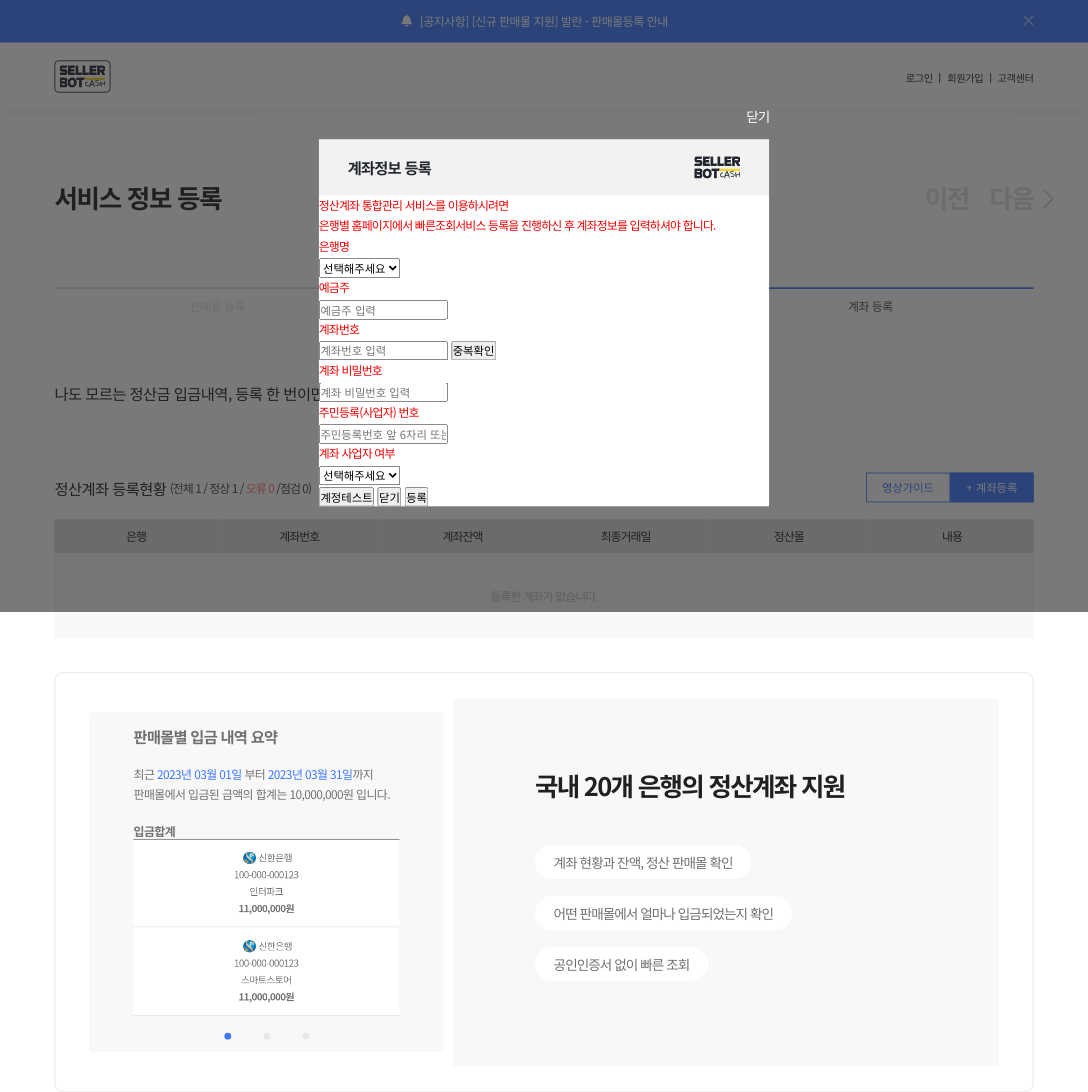
Repository: elemapfelr/ownServer
Page: test-server/web/sellerbot_signup/step_07.html
An editor plug-in stored every save of this project. The page is shown before and after the next save, followed by the edit.
The browser window is 1280 px wide. The pictures show the whole page, at 85% of full size.
After loading, the first visible `#regAcc` was clicked once.
Some web libraries are served in a nearby version. The style sheet was rebuilt from its Sass, Less or Tailwind sources for each picture, by a compiler version that may differ from the author's.

Above is the page before, as saved 2023-03-15 10:56:45.

### test-server/web/sellerbot_signup/step_07.html
<!DOCTYPE html>
<html lang="ko">

<head>
	<meta charset="UTF-8">
	<meta http-equiv="X-UA-Compatible" content="IE=edge">
	<meta name="viewport" content="width=device-width, initial-scale=1.0">
	<title>셀러봇캐시 회원가입</title>
	<link rel="stylesheet" href="./css/step_07.css">
	<script type="module" src="./js/step_07.js" defer></script>
	<script src="https://kit.fontawesome.com/133e10f389.js" crossorigin="anonymous"></script>
</head>

<body>
	<header>
		<div class="top">
			<div class="notification">
				<div class="text">
					<i class="fa-solid fa-bell"></i>
					<p>[공지사항] [신규 판매몰 지원] 발란 - 판매몰등록 안내</p>
				</div>
				<button><img src="./img/xmark.svg" alt="xmark"></button>
			</div>
		</div>
		<div class="bottom">
			<div class="logo"><img src="./img/sellerbotLogo.svg" alt="sellerbot"></div>
			<div class="right">
				<button>로그인</button>
				<span></span>
				<button>회원가입</button>
				<span></span>
				<button>고객센터</button>
			</div>
		</div>
	</header>
	<main>
		<section>
			<button class="fixed2" id="prevStep">
				<span>이전</span>
			</button>
			<button class="fixed" id="nextStep">
				<span>다음</span>
				<img src="./img/rightArrow.svg" />
			</button>
			<article id="top">
				<div class="title">
					<h1>서비스 정보 등록</h1>
				</div>
				<div class="processBar">
					<div class="first step">
						<span class="line"></span>
						<p>판매몰 등록</p>
					</div>
					<div class="second step">
						<span class="line"></span>
						<p>결제수단 등록</p>
					</div>
					<div class="third step active">
						<span class="line"></span>
						<p>계좌 등록</p>
					</div>
				</div>
			</article>
			<article id="accountReg">
				<p class="topText">나도 모르는 정산금 입금내역, 등록 한 번이면 쉽고 빠르게 볼 수 있습니다.</p>
				<div class="tableTop">
					<div class="left">
						<p>정산계좌 등록현황</p>
						<span>(<b>전체 1</b> / <b>정상 1</b> / <b class="err">오류 0</b> /<b>점검 0</b>)</span>
					</div>
					<div class="right">
						<button class="blue_outline" id="vidGuide">영상가이드</button>
						<button class="blue" id="regAcc">+ 계좌등록</button>
					</div>
				</div>
				<table id="accountList">
					<thead>
						<tr>
							<td>은행</td>
							<td>계좌번호</td>
							<td>계좌잔액</td>
							<td>최종거래일</td>
							<td>정산몰</td>
							<td>내용</td>
						</tr>
					</thead>
					<tbody>
						<tr class="noData">
							<td colspan="6">등록한 계좌가 없습니다.</td>
						</tr>
					</tbody>
				</table>
			</article>
			<article id="extraInfo">
				<div class="left">
					<div class="content">
						<h4>판매몰별 입금 내역 요약</h4>
						<p>최근 <b>2023년 03월 01일</b> 부터 <b>2023년 03월 31일</b>까지<br>
							판매몰에서 입금된 금액의 합계는 10,000,000원 입니다.</p>
						<h5>입금합계</h5>
						<img src="./img/step_07_img_01.png" alt="summary">
						<ul class="bottomUl">
							<li class="active"></li>
							<li></li>
							<li></li>
						</ul>
					</div>
				</div>
				<div class="right">
					<div class="content">
						<h3>국내 20개 은행의 정산계좌 지원</h3>
						<p>계좌 현황과 잔액, 정산 판매몰 확인</p>
						<p>어떤 판매몰에서 얼마나 입금되었는지 확인</p>
						<p>공인인증서 없이 빠른 조회</p>
					</div>
				</div>
			</article>
		</section>
	</main>
</body>

</html>

### test-server/web/sellerbot_signup/js/step_07.js
import modalShow from './import/modalShow.js';

document.querySelector('#prevStep').addEventListener('click', () => {
	location.href = './step_06.html';
});

document.querySelector('#regAcc').addEventListener('click', () => {
	let popupHtml = `
    <div class="head">
		<h5>계좌정보 등록</h5>
		<img src="./img/sellerbotLogo.svg" alt="sellerbot cash">
	</div>
	<div class="body">
		<p>정산계좌 통합관리 서비스를 이용하시려면</p>
		<p class="red">은행별 홈페이지에서 빠른조회서비스 등록을 진행하신 후 계좌정보를 입력하셔야 합니다.</p>
        <form action="action.do">
			<p>은행명</p>
			<div class="row">
				<select id="bankName">
					<option value="" selected>선택해주세요</option>
					<option value="신한">신한은행</option>
					<option value="국민">국민은행</option>
					<option value="농협">농협은행</option>
				</select>
			</div>
			<p>예금주</p>
			<div class="row">
				<input type="text" id="accUser" placeholder="예금주 입력">
			</div>
			<p>계좌번호</p>
			<div class="flexRow">
				<input type="text" id="accNum" class="onlyNumber" placeholder="계좌번호 입력">
				<button id="confirmAccNum">중복확인</button>
			</div>
			<p>계좌 비밀번호</p>
			<div class="row">
				<input type="text" id="accPw" class="onlyNumber" placeholder="계좌 비밀번호 입력">
			</div>
			<p>주민등록(사업자) 번호</p>
			<div class="row">
				<input type="text" id="bizNum" class="onlyNumber" placeholder="주민등록번호 앞 6자리 또는 사업자번호 10자리 입력">
			</div>
			<p>계좌 사업자 여부</p>
			<div class="row">
				<select id="accBizUserYN">
					<option value="" selected>선택해주세요</option>
				</select>
			</div>
		</form>
		<div class="bottomDiv">
			<button id="accTest" class="gray">계정테스트</button>
			<button id="closeModal" class="blue_outline">닫기</button>
			<button id="submit" class="blue">등록</button>
		</div>
	</div>`;
	modalShow({
		id: 'modal_01',
		content: popupHtml,
		function: () => {},
	});
});

### test-server/web/sellerbot_signup/js/import/modalShow.js
import createElement from './createElement.js';

function modalShow(option = { id: '', content: '', btns: [], function: null }) {
	document.querySelector('body').style.overflow = 'hidden';

	const modal = createElement('div', { className: 'modal', id: option['id'] });
	const layerPopup = createElement('div', {
		className: 'layerPopup',
	});
	const popupHead = createElement('div', {
		className: 'popupHead',
	});
	const cancelModal = createElement('button', {
		id: 'cancelModal',
		innerHTML: '<span>닫기</span>',
	});
	popupHead.append(cancelModal);

	const popupBody = createElement('div', {
		className: 'popupBody',
		innerHTML: option['content'] ?? null,
	});
	const btnBox = createElement('div', { className: 'btnBox' });
	layerPopup.append(popupHead, popupBody, btnBox);
	modal.append(layerPopup);

	cancelModal.addEventListener('click', () => {
		document.querySelector('body').style.overflow = '';
		modal.remove();
	});

	option.btns?.map((btn) => {
		let button = document.createElement('button');
		btn.callback
			? button.addEventListener('click', () => {
					btn.callback();
					btn.cancelModal
						? (() => {
								document.querySelector('body').style.overflow = '';
								modal.remove();
						  })()
						: null;
			  })
			: null;
		btn.text ? (button.innerHTML = btn.text) : '';
		btnBox.append(button);
	});

	document.querySelector('body').append(modal);

	option.function ? option.function() : null;
}

export default modalShow;

### test-server/web/sellerbot_signup/js/import/createElement.js
/**
 * Creates an element with the given tag and properties
 * @param {string} tag - The tag name of the element
 * @param {Properties} [props={}] - The properties of the element
 * @returns {HTMLElement} - The newly created element
 */
export default function createElement(tag, properties) {
	if (tag == 'toggle') {
		let div = createElement('div', { className: 'toggleSwitch' });
		let input = createElement('input', {
			className: 'toggle',
			id: properties['id'],
			type: 'checkbox',
		});
		let label = createElement('label', {
			htmlFor: properties['id'],
			className: 'check-trail',
		});
		let span = createElement('span', {
			className: 'check-handler',
		});
		label.append(span);
		div.append(input, label);
		return div;
	} else if (tag == 'checkbox') {
		let div = createElement('div', { className: 'checkBoxDiv' });
		let input = createElement('input', {
			className: 'chkBox',
			id: properties['id'],
			type: 'checkbox',
		});
		let label = createElement('label', {
			htmlFor: properties['id'],
			className: 'checkBox',
		});
		div.append(input, label);
		if (properties['innerHTML']) {
			let label = createElement('label', {
				className: 'text',
				innerHTML: properties['innerHTML'],
				htmlFor: properties['id'],
			});
			div.append(label);
		}
		return div;
	} else {
		let element = document.createElement(tag);
		for (let prop in properties) {
			element[prop] = properties[prop];
		}
		return element;
	}
}

// 예시
//   let newDiv = createElement('div', {
//     innerHTML: 'Hello World!',
//     className: 'greeting',
//     style: {
//       backgroundColor: 'lightblue',
//       padding: '10px'
//     }
//   });

//   document.body.appendChild(newDiv);

### test-server/web/sellerbot_signup/css/scss/step_07.scss
@import "./common", "./modal";

article#accountReg{
    margin-top: 80px;

    p.topText{
        font-size: 18px;
        letter-spacing: -0.65px;
        text-align: left;
        color: #202020;
        margin-bottom: 80px;
    }

    .tableTop{
        display: flex;
        align-items: center;
        justify-content: space-between;

        .left{
            display: flex;
            align-items: center;
            p{
                font-size: 18px;
                font-weight: 500;
                letter-spacing: -0.65px;
                text-align: left;
                color: #202020;
            }
            span{
                margin-left: 4px;
                font-size: 14px;
                letter-spacing: -1.12px;
                text-align: left;
                color: #474246;

                b{
                    font-weight: normal;

                    &.err{
                        color: #ff7070;
                    }
                }
            }
        }

        .right{
            display: flex;
            align-items: center;

            button{
                padding: 7px 18px;
                box-sizing: border-box;
                border: 1px solid #3d78ff;
                cursor: pointer;

                &.blue_outline{
                    background-color: #fff;
                    color: #3d78ff;
                }
                &.blue{
                    background-color: #3d78ff;
                    color: white;
                }
            }
        }
    }

    table#accountList{
        width: 100%;
        margin-top: 20px;
        table-layout: fixed;
        border-collapse : collapse;
        border-spacing : 0;

        thead{
            tr{
                td{
                    text-align: center;
                    background-color: #dedede;
                    font-size: 14px;
                    letter-spacing: -1.12px;
                    text-align: center;
                    color: #202020;
                    padding: 10px 0;
                }
            }
        }
        tbody{
            background-color: #f8f8f8;
            tr.noData{
                td{
                    text-align: center;
                    font-size: 14px;
                    letter-spacing: -1.12px;
                    color: #bbb;
                    padding: 40px 0;
                }
            }
        }
    }
}

article#extraInfo{
    border: 1px solid #e3e3e3;
    border-radius: 10px;
    background-color: #fff;
    padding: 30px 40px;
    box-sizing: border-box;
    display: flex;
    align-items: center;
    justify-content: space-between;
    margin-top: 40px;

    .left{
        width: 39%;
        padding: 15px 0;
        background-color: #f8f8f8;

        .content{
            width: 75%;
            margin: 0 auto;
        }
        h4{
            font-size: 18px;
            font-weight: bold;
            letter-spacing: -0.9px;
            text-align: left;
            color: #707070;
            margin-bottom: 20px;
        }
        p{
            font-size: 14px;
            line-height: 1.71;
            letter-spacing: -0.7px;
            text-align: left;
            color: #707070;

            b{
                font-weight: normal;
                color: #3d78ff;
            }
        }
        h5{
            margin-top: 20px;
            font-size: 14px;
            font-weight: bold;
            letter-spacing: -0.7px;
            text-align: left;
            color: #707070;
        }
        img{
            width: 100%;
        }
        ul.bottomUl{
            width: 100px;
            height: auto;
            margin: 0 auto;
            margin-top: 20px;
            display: flex;
            align-items: center;
            justify-content: space-between;

            li{
                width: 8px;
                height: 8px;
                border-radius: 8px;
                background-color: #e8e8e8;

                &.active{
                    background-color: #3d78ff;
                }
            }
        }
    }
    .right{
        width: 60%;
        padding: 80px 0;
        background-color: #f8f8f8;

        .content{
            width: 70%;
            margin: 0 auto;

            h3{
                font-size: 30px;
                letter-spacing: -2px;
                text-align: left;
                color: #202020;
                margin-bottom: 48px;
            }

            p{
                display: inline-block;
                padding: 8px 22px;
                background-color: white;
                border-radius: 20px;
                font-size: 16px;
                font-weight: 500;
                letter-spacing: -1.12px;
                text-align: left;
                color: #707070;
                margin-bottom: 20px;
            }
        }
    }
}

.modal#modal_01{
    .popupBody{
        width: 530px;
        max-height: 80vh;

        .head{
            width: 100%;
            height: auto;
            background-color: #f2f2f2;
            display: flex;
            align-items: center;
            justify-content: space-between;
            padding: 20px 34px;
            box-sizing: border-box;

            h5{
                font-size: 18px;
                font-weight: bold;
                letter-spacing: -0.9px;
                text-align: center;
                color: #22262f;
            }
        }
        .body{
            p{
                font-size: 14px;
  font-weight: normal;
  font-stretch: normal;
  font-style: normal;
  line-height: 1.71;
  letter-spacing: -0.98px;
  text-align: left;
  color: #e00;
            }
        }
    }
}

### test-server/web/sellerbot_signup/css/scss/_common.scss
@charset "utf-8";
@import url('https://fonts.googleapis.com/css2?family=Noto+Sans+KR:wght@100;300;400;500;700;900&display=swap');

$blue: #3d78ff;

* {
	margin: 0;
	padding: 0;
	font-family: 'Noto Sans KR', sans-serif;
}

html {
	font-size: 16px;
	letter-spacing: -0.98px;
}

html,
body {
	width: 100%;
	height: auto;
}

ol,
ul,
li {
	list-style: none;
}

a {
	text-decoration: none;
	color: #000;
}

img {
	border: 0;
	display: block;
}

header,
main,
footer,
nav,
section,
article,
aside {
	display: block;
}


header{
	width: 100%;
	height: 130px;
	box-shadow: 0 3px 6px 0 rgba(190, 190, 190, 0.16);
  	background-color: #fff;

	.top{
		width: 100%;
		height: auto;
		background-color: #3d78ff;
		padding: 14px 0 16px 0;

		.notification{
			width: 90%;
			max-width: 1200px;
			margin: 0 auto;
			display: flex;
			align-items: center;
			justify-content: center;

			.text{
				width: 100%;
				display: flex;
				justify-content: center;
				align-items: center;
				i{
					color: white;
					font-size: 14px;
				}
				p{
					font-size: 14px;
					letter-spacing: -0.53px;
					color: #fff;
					text-align: center;
					margin: 0 10px;
				}
			}

			button{
				float: right;
				border: none;
				background: none;
				outline: none;
				filter: invert(100%);
				cursor: pointer;
			}
		}
	}
	.bottom{
		width: 90%;
		max-width: 1200px;
		margin: 0 auto;
		height: 80px;
		display: flex;
		align-items: center;
		justify-content: space-between;

		.logo{
			padding: 5px;
			border: 1px solid #202020;
			border-radius: 5px;
		}

		.right{
			display: flex;
			align-items: center;

			button{
				font-size: 12px;
				letter-spacing: -0.46px;
				color: #202020;
				border: none;
				background: none;
				outline: none;
				cursor: pointer;
			}

			span{
				width: 1px;
				height: 12px;
				background-color: #202020;
				margin: 0 8px;
				margin-top: 4px;
				display: block;
			}
		}
	}
}

main{
	width: 100%;
	height: auto;

	.fixed2{
		background: none;
		border: none;
		outline: none;
		position: fixed;
		top: 210px;
		right: calc(5% + 100px);
		display: inline-flex;
		align-items: center;
		cursor: pointer;
		z-index: 1000;

		span{
			font-size: 30px;
			font-weight: bold;
			font-stretch: normal;
			font-style: normal;
			letter-spacing: -1.5px;
			text-align: right;
			color: #dedede;
			margin-bottom: 4px;
		}
	}

	.fixed{
		background: none;
		border: none;
		outline: none;
		position: fixed;
		top: 210px;
		right: 5%;
		display: inline-flex;
		align-items: center;
		z-index: 1000;
		cursor: pointer;

		span{
			font-size: 30px;
			font-weight: bold;
			font-stretch: normal;
			font-style: normal;
			letter-spacing: -1.5px;
			text-align: right;
			color: #dedede;
			margin-bottom: 4px;
		}

		img{
			filter: grayscale(100%) brightness(180%);
		}

		&.active{

			span{
				color: #3d78ff;
			}

			img{
				filter: none;
			}
		}
	}

	section{
		margin-top: 80px;

		article{
			width: 90%;
			max-width: 1200px;
			margin: 0 auto;

			input::placeholder{
				font-size: 12px;
				letter-spacing: -0.84px;
				color: #bbb;
			}
		}
	}
}

article#top{
	.title{
		display: flex;
		align-items: center;

		h1{
			font-size: 30px;
			font-weight: bold;
			letter-spacing: -1.5px;
			color: #202020;
			margin-bottom: 4px;
		}

		span{
			font-size: 12px;
			font-weight: 500;
			letter-spacing: -0.6px;
			text-align: center;
			color: #3d78ff;
			padding: 4px 18px 5px 18px;
			border: 1px solid #3d78ff;
			border-radius: 20px;
			margin-left: 4px;
			cursor: pointer;
		}
	}

	.processBar{
		margin-top: 80px;
		display: flex;
		align-items: center;
		justify-content: space-between;

		.step{
			width: 33.3333%;
			span{
				width: 100%;
				display: block;
				height: 2px;
				background-color: #dedede;
			}
			p{
				margin-top: 10px;
				text-align: center;
				font-size: 14px;
				font-weight: 500;
				letter-spacing: -0.5px;
				color: #dedede;
			}

			&.active{
				span{
					background-color: $blue;
				}
				p{
					color: #505050;
				}
			}
		}
	}
}

.checkBoxDiv {
	transform-origin: left;
	display: inline-flex;
	align-items: center;
	cursor: pointer;

	label.checkBox {
		width: 16px;
		height: 16px;
		border: 1px solid darken(#e8e8e8, 10%);
		border-radius: 13px;
		position: relative;
		transition: cubic-bezier(0.075, 0.82, 0.165, 1) .2s;
		cursor: pointer;
		display: block;
	}

	input.chkBox {
		display: none;

		&:checked+label.checkBox {
			background-color: $blue;
			border: 1px solid $blue;

			&::before {
				content: '';
				position: absolute;
				top: 0px;
				left: 3px;
				width: 9px;
				height: 12px;
				box-shadow: inset 2px 2px white;
				transform: rotate(-135deg);
			}
		}
	}

	label.text {
		margin-left: .2rem;
		font-size: .9rem;
		cursor: pointer;
	}

	&.square {
		label.checkBox {
			width: 15px;
			height: 15px;
			border: 1px solid darken(#e8e8e8, 10%);
			background-color: #fff;
			border-radius: 1px;
			position: relative;
			transition: cubic-bezier(0.075, 0.82, 0.165, 1) .2s;
			cursor: pointer;
			display: block;
		}

		input.chkBox {
			display: none;

			&:checked+label.checkBox {
				background-color: $blue;
				border: 1px solid $blue;

				&::before {
					content: '';
					position: absolute;
					top: -1px;
					left: 2.5px;
					width: 9px;
					height: 12px;
					box-shadow: inset 2px 2px white;
					transform: rotate(-135deg);
				}
			}
		}
	}
}


@media only screen and (max-width: 1400px) {
	main{
		.fixed2{
			right: 140px;
		}
		.fixed{
			right: 40px;
		}
	}
}

@media only screen and (max-width: 1200px) {
	main{
		section{
			margin-top: 40px;
		}
	}
	article#top{
		.title{

			h1{
				font-size: 26px;
				letter-spacing: -1.3px;
			}
		}
		.processBar{
			margin-top: 60px;

			.step{
				p{
					font-size: 12px;
				}
			}
		}
	}
}

@media only screen and (max-width: 900px) {
	header{
		.top{
			.notification{
				.text{
					i,p{
						font-size: 12px;
					}
				}
			}
		}
	}
	main{
		.fixed2{
			top: auto;
			left: 0;
			right: auto;
			bottom: 0;
			width: 30%;
			justify-content: center;
			background-color: #f0f0f0;
			z-index: 10;
			padding: 12px 0;

			span{
				display: block;
				text-align: center;
				font-size: 22px;
				color: #cecece;
			}
		}
		.fixed{
			top: auto;
			right: 0;
			bottom: 0;
			width: 100%;
			justify-content: center;
			background-color: #e8e8e8;
			z-index: 10;
			padding: 12px 0;

			&._70{
				width: 70%;
			}

			span{
				display: block;
				text-align: center;
				font-size: 22px;
				color: #cecece;
			}

			img{
				display: none;
			}

			&.active{
				background-color: #3d78ff;

				span{
					color: white;
				}
			}
		}
	}
}

### test-server/web/sellerbot_signup/css/scss/_modal.scss
.modal {
	position: fixed;
	top: 0;
	left: 0;
	width: 100%;
	height: 100%;
	background-color: transparentize(#202020, .4);
	align-items: center;
	justify-content: center;
	z-index: 1000;
	overflow: hidden;
	display: flex;
	padding: 0 30px;
	box-sizing: border-box;

	.layerPopup {
		width: fit-content;
		height: auto;
		margin: 0 auto;
		box-sizing: border-box;
		overflow: hidden;
		position: relative;

		.popupHead {
			width: 100%;
			height: 40px;
			display: flex;
			justify-content: right;
			align-items: flex-start;

			button {
				cursor: pointer;
				border: none;
				background: none;

				span {
					font-size: 16px;
					font-weight: 300;
					letter-spacing: -1.12px;
					text-align: left;
					color: #fff;
				}
			}
		}

		.popupBody {
			width: 100%;
			height: auto;
			background-color: white;
			max-height: 70vh;
			overflow-y: auto;
			overflow-x: hidden;

			&::-webkit-scrollbar {
                width: 12px;
                height: 12px;
            }

            &::-webkit-scrollbar-track {
                background-color: #fff;
                border: 1px solid #e2e2e2;
            }

            &::-webkit-scrollbar-thumb {
                background-color: #f2f2f2;
                border: 1px solid #e2e2e2;
            }

			h1{
				font-size: 24px;
				font-weight: bold;
				letter-spacing: -1.92px;
				text-align: center;
				color: #202020;
			}
		}

		.btnBox {
			width: 100%;
			height: auto;
			margin: 0 auto;
			display: flex;
			align-items: center;

			button {
				width: 100%;
				outline: none;
				padding: 15px 0;
				cursor: pointer;
				border: none;
				font-size: 16px;
				font-weight: 500;
				letter-spacing: -1.12px;
				text-align: center;
				color: #2e1e00;
				// background-color: ;
			}
		}
	}
}

After the next save:
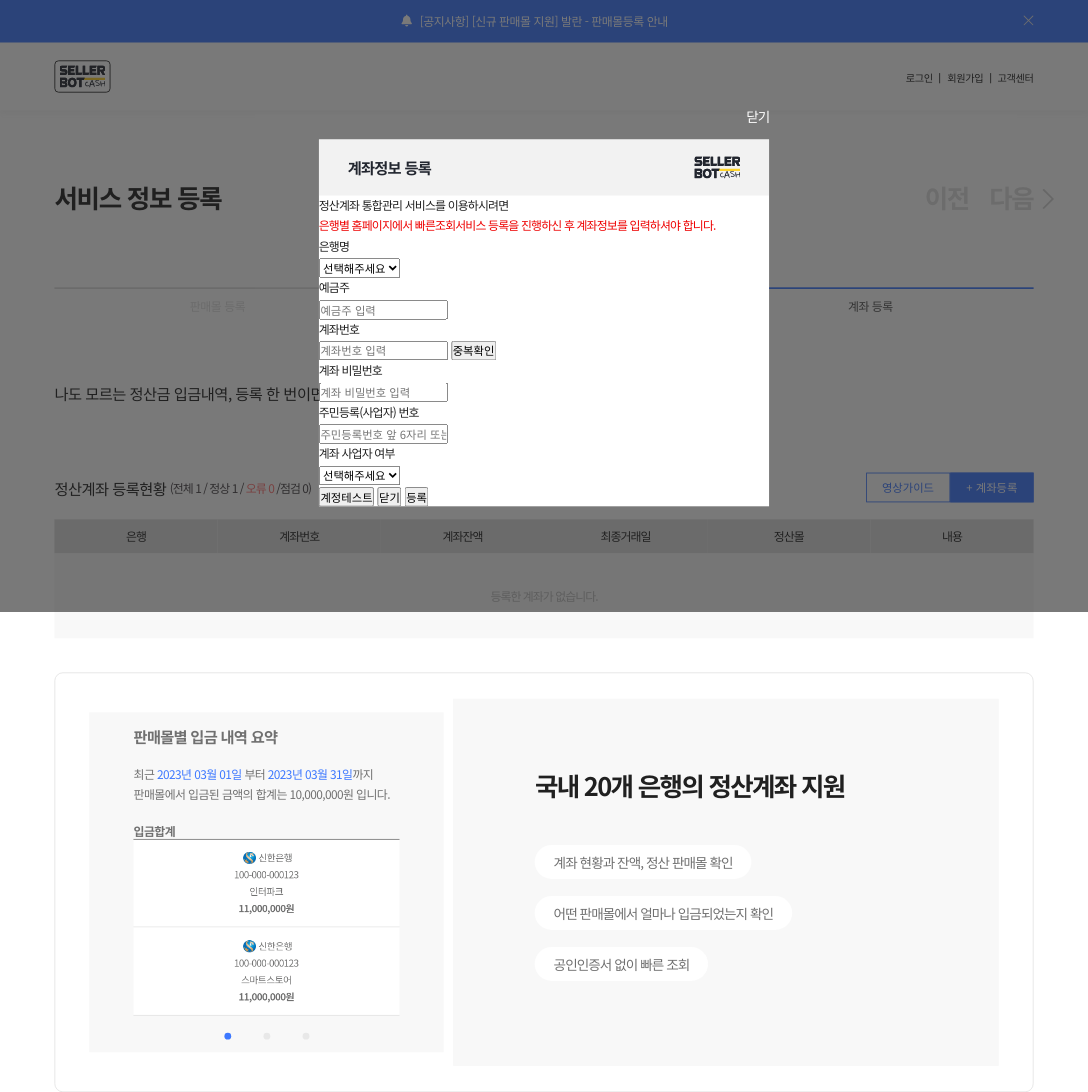
Saved 16 s later.
--- a/test-server/web/sellerbot_signup/css/scss/step_07.scss
+++ b/test-server/web/sellerbot_signup/css/scss/step_07.scss
@@ -231,13 +231,14 @@
         .body{
             p{
                 font-size: 14px;
-  font-weight: normal;
-  font-stretch: normal;
-  font-style: normal;
-  line-height: 1.71;
-  letter-spacing: -0.98px;
-  text-align: left;
-  color: #e00;
+                line-height: 1.71;
+                letter-spacing: -0.98px;
+                text-align: left;
+                color: #202020;
+
+                &.red{
+                    color: #ee0000;
+                }
             }
         }
     }
